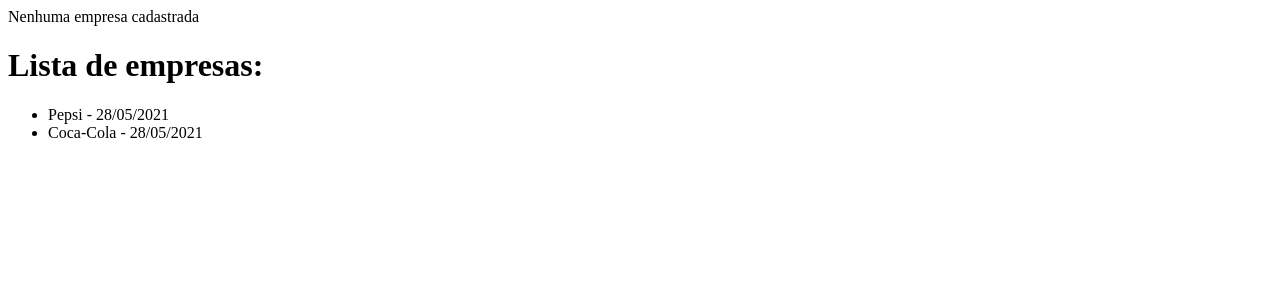
Repository: scaziti/java-spring
Page: http://localhost/gerenciador/listaEmpresas
The author's editor kept a copy of each file at every save. The page is drawn from the files as they stood at one save, then again after the next save.
The browser window is 1280 px wide. The pictures show the whole page.
The page is served by Tomcat 9. Other server files are loaded and not shown.

Above is the page before, as saved 2021-06-02 14:16:49.

### gerenciador/WebContent/listaEmpresas.jsp
<%@ page language="java" contentType="text/html; charset=ISO-8859-1" pageEncoding="ISO-8859-1"%>

<%@ page import="java.util.List, br.com.alura.gerenciador.servlet.Empresa"%>
<%@ taglib uri="http://java.sun.com/jsp/jstl/core" prefix="c"%>
<%@ taglib uri="http://java.sun.com/jsp/jstl/fmt" prefix="fmt"%>

<!DOCTYPE html>
<html>
<head>
<meta charset="ISO-8859-1">
<title>Java Standard Tag Library</title>
</head>
<body>
	<c:if test="${not empty empresa}">
		Empresa ${ empresa } cadastrada com sucesso!
	</c:if>
	<c:if test="${empty empresa}">
		Nenhuma empresa cadastrada
	</c:if>
	<h1>Lista de empresas:</h1>

	<ul>
		<c:forEach items="${empresas}" var="empresa">

			<li>${empresa.nome} - <fmt:formatDate
					value="${empresa.dataAbertura}" pattern="dd/MM/yyyy" /></li>
		</c:forEach>
	</ul>
<body>
</html>

### gerenciador/src/br/com/alura/gerenciador/servlet/ListaEmpresasServlet.java
package br.com.alura.gerenciador.servlet;

import java.io.IOException;
import java.io.PrintWriter;
import java.util.List;

import javax.servlet.RequestDispatcher;
import javax.servlet.ServletException;
import javax.servlet.annotation.WebServlet;
import javax.servlet.http.HttpServlet;
import javax.servlet.http.HttpServletRequest;
import javax.servlet.http.HttpServletResponse;

@WebServlet("/listaEmpresas")
public class ListaEmpresasServlet extends HttpServlet {
	private static final long serialVersionUID = 1L;

	protected void doGet(HttpServletRequest request, HttpServletResponse response)
			throws ServletException, IOException {

		Banco banco = new Banco();
		List<Empresa> lista = banco.getEmpresas();

		request.setAttribute("empresas", lista);
		RequestDispatcher rd = request.getRequestDispatcher("/listaEmpresas.jsp");
		rd.forward(request, response);
	}

}

### gerenciador/src/br/com/alura/gerenciador/servlet/Banco.java
package br.com.alura.gerenciador.servlet;

import java.util.ArrayList;
import java.util.List;

public class Banco {

	private static List<Empresa> lista = new ArrayList<>();

	static {
		Empresa empresa = new Empresa();
		empresa.setNome("Pepsi");

		Empresa empresa2 = new Empresa();
		empresa2.setNome("Coca-Cola");

		lista.add(empresa);
		lista.add(empresa2);
	}

	public void adiciona(Empresa empresa) {
		lista.add(empresa);
	}

	public List<Empresa> getEmpresas(){
		return Banco.lista;
	}

}

### gerenciador/src/br/com/alura/gerenciador/servlet/Empresa.java
package br.com.alura.gerenciador.servlet;

import java.util.Date;

public class Empresa {

	private Integer id;
	private String nome;
	private Date dataAbertura = new Date();


	public Integer  getId() {
		return id;
	}
	public void setId(Integer  id) {
		this.id = id;
	}
	public String getNome() {
		return nome;
	}
	public void setNome(String nome) {
		this.nome = nome;
	}

	public Date getDataAbertura() {
		return dataAbertura;
	}

	public void setDataAbertura(Date dataAbertura) {
		this.dataAbertura = dataAbertura;
	}
}

After the next save:
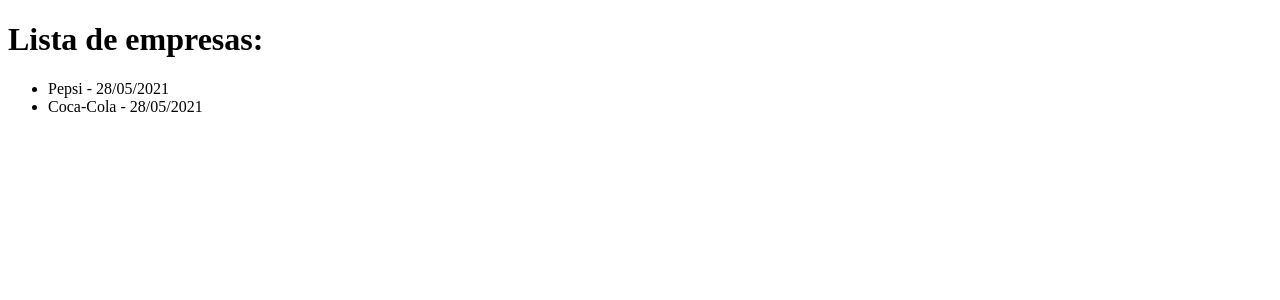
Saved 111 s later.
--- a/gerenciador/WebContent/listaEmpresas.jsp
+++ b/gerenciador/WebContent/listaEmpresas.jsp
@@ -14,9 +14,7 @@
 	<c:if test="${not empty empresa}">
 		Empresa ${ empresa } cadastrada com sucesso!
 	</c:if>
-	<c:if test="${empty empresa}">
-		Nenhuma empresa cadastrada
-	</c:if>
+
 	<h1>Lista de empresas:</h1>
 
 	<ul>
